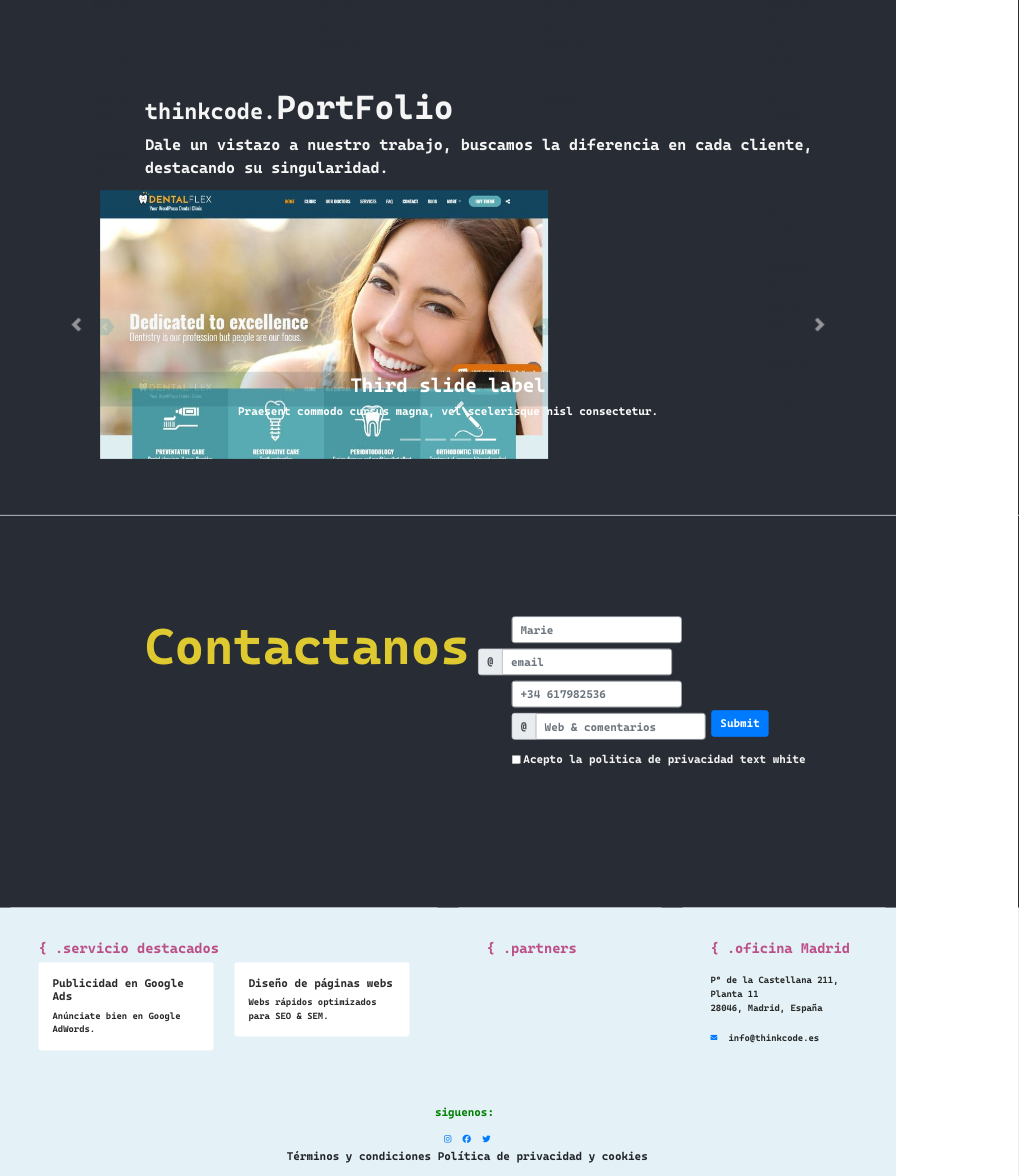
Repository: banchiec/thinkcode
Page: /
An editor plug-in stored every save of this project. The page is shown before and after the next save, followed by the edit.
The browser window is 1280 px wide. The page is 1455 px wide, so the pictures cover 1455 px, including what lies to the right of the window. The pictures show the part of the page from y = 2112 to 3792 px (the page is 3792 px tall before and 3752 px after), at 70% of full size.
Some web libraries are served in a nearby version. The project was rebuilt for these pictures with package versions that can differ from the ones it lists, and the page was loaded fresh each time. Also part of the build but not shown: src/components/MenuItems.js, src/components/Dropdownthink.css, src/components/Dropdownthink.js, src/components/pages/Consulting.js, src/components/pages/ContactUs.js, src/components/pages/Marketing.js, src/components/pages/Products.js, src/components/pages/Services.js and 1 more. Imported but missing from the stored project, and not drawn on this page: src/components/sliderInfo/SliderInfo.

Above is the page before, as saved 2020-11-30 22:00:35.

### public/index.html
<!DOCTYPE html>
<html lang="en">
  <head>
    <meta charset="utf-8" />
    <link rel="icon" href="%PUBLIC_URL%/favicon.ico" />
    <meta name="viewport" content="width=device-width, initial-scale=1" />
    <meta name="theme-color" content="#000000" />
    <meta
      name="description"
      content="Web site created using create-react-app"
    />
    <link rel="apple-touch-icon" href="%PUBLIC_URL%/logo192.png" />

    <!-- fontawesome -->
    <script src="https://kit.fontawesome.com/e7a02c1b14.js" crossorigin="anonymous"></script>
    <!-- jquery -->
    <script src="https://code.jquery.com/jquery-2-2.0.min.js"></script>
    <!--
      manifest.json provides metadata used when your web app is installed on a
      user's mobile device or desktop. See https://developers.google.com/web/fundamentals/web-app-manifest/
    -->
    <link rel="manifest" href="%PUBLIC_URL%/manifest.json" />
    <!--
      Notice the use of %PUBLIC_URL% in the tags above.
      It will be replaced with the URL of the `public` folder during the build.
      Only files inside the `public` folder can be referenced from the HTML.

      Unlike "/favicon.ico" or "favicon.ico", "%PUBLIC_URL%/favicon.ico" will
      work correctly both with client-side routing and a non-root public URL.
      Learn how to configure a non-root public URL by running `npm run build`.
    -->
    <title>React App</title>
  </head>
  <body>
    <noscript>You need to enable JavaScript to run this app.</noscript>
    <div id="root"></div>
    <!--
      This HTML file is a template.
      If you open it directly in the browser, you will see an empty page.

      You can add webfonts, meta tags, or analytics to this file.
      The build step will place the bundled scripts into the <body> tag.

      To begin the development, run `npm start` or `yarn start`.
      To create a production bundle, use `npm run build` or `yarn build`.
    -->


  </body>
</html>

### src/index.css
body {
  margin: 0;
  font-family: -apple-system, BlinkMacSystemFont, 'Segoe UI', 'Roboto', 'Oxygen',
    'Ubuntu', 'Cantarell', 'Fira Sans', 'Droid Sans', 'Helvetica Neue',
    sans-serif;
  -webkit-font-smoothing: antialiased;
  -moz-osx-font-smoothing: grayscale;
}

code {
  font-family: source-code-pro, Menlo, Monaco, Consolas, 'Courier New',
    monospace;
}
@font-face{
  font-family: 'CascadiaCode-Bold';
  src: local('CascadiaCode-Bold'), url(./fonts/CascadiaCode-Bold.ttf)
}

### src/App.js
import './App.css';
// import logo_thinkcode from './logo_thinkcode.png'
import React, {} from 'react'
import 'animate.css'
import Navbarthink from './components/Navbarthink'
import InfoSection from './components/infoSection/InfoSection'
import Pricing from './components/pricing/Pricing'
import Footer from './components/footer/Footer'
import Slide from './components/slide/Slide'
import FormContact from './components/forms/FormContact'
import {BrowserRouter as Router, Switch, Route} from 'react-router-dom'


// import Button  from 'react-bootstrap/Button'
// import 'bootstrap/dist/css/bootstrap.min.css'

// import {Navbar,Button, Nav , NavLink} from 'react-bootstrap'

import Consulting from './components/pages/Consulting'
import ContactUs from './components/pages/ContactUs'
import Home from './components/pages/Home'
import Marketing from './components/pages/Marketing'
import Products from './components/pages/Products'
import Services from './components/pages/Services'
import SignUp from './components/pages/SignUp'
// import InfoSection from './components/infoSection/InfoSection';

function App() {

  // const [click, setClick] = useState(false)
  // const [dropdown, setDropdown] = useState(false)




  return (
    <div className="App">
      <Router>
        <Navbarthink/>
        <Switch>
          <Route path='/consulting' exact component ={Consulting}></Route>
          <Route path='/contact-us' exact component ={ContactUs}></Route>
          <Route path='/' exact component ={Home}></Route>
          <Route path='/marketing' exact component ={Marketing}></Route>
          <Route path='/products' exact component ={Products}></Route>
          <Route path='/services' exact component ={Services}></Route>
          <Route path='/sign-up' exact component ={SignUp}></Route>
        </Switch>
        <InfoSection></InfoSection>
        <Pricing></Pricing>
        <Slide/>
        <FormContact></FormContact>
        <Footer/>
      </Router>

    </div>
  );
}

export default App;

### src/App.css
*{
  box-sizing: border-box;
  margin: 0;
  padding: 0;
  font-family: CascadiaCode-Bold;
  /* background: #282c34 ; */
  /* background: linear-gradient(90deg, rgb(76, 80, 88) 100%, rgb(8, 8, 9) 0%); */
}

.App {
  text-align: center;
  background: #282c34 ;
}

.App-logo {
  height: 40vmin;
  pointer-events: none;
}

.home, .services, .products,.contact-us,.sign-up, .marketing, .consulting{
  display: flex;
  height: 90vh;
  align-items: center;
  justify-content: center;
  font-size: 3rem;
}





@media (prefers-reduced-motion: no-preference) {
  .App-logo {
    animation: App-logo-spin infinite 20s linear;
  }
}

.App-header {
  background-color: #282c34;
  min-height: 100vh;
  display: flex;
  flex-direction: column;
  align-items: center;
  justify-content: center;
  font-size: calc(10px + 2vmin);
  color: white;
}

.App-link {
  color: #61dafb;
}

@keyframes App-logo-spin {
  from {
    transform: rotate(0deg);
  }
  to {
    transform: rotate(360deg);
  }
}

### src/components/Navbarthink.js
import React, { useState} from 'react'
import logo_thinkcode from '../images/logo_thinkcode.png'
// import logo_thinkcode from '../images/logo_thinkcode.png'
import { Buttonthink} from './Buttonthink'
import {Link} from 'react-router-dom'
import './Navbarthink.css'
import Dropdownthink from './Dropdownthink'

export default function Navbarthink(){
    const [click, setClick] = useState(false)
    const [dropdown, setDropdown] = useState(false)

    const handleClick = () => setClick(!click)
    const closeMobileMenu = () => setClick(false)

    const onMouseEnter = () =>{
        if(window.innerWidth < 960) {
        setDropdown(false)
        } else {
        setDropdown(true)
        }
    }
    const onMouseLeave = () =>{
        if(window.innerWidth < 960) {
        setDropdown(false)
        } else {
        setDropdown(false)
        }
    }

    return(
        <>
            <nav className="navbarthink">
                <Link to='/' className="navbar-logo">
                    {/* thinkcode */}
                    <img alt="" src={logo_thinkcode} width="300" height="40"></img>
                </Link>
                <div className='menu-icon' onClick={handleClick}>
                    <i className={click ? 'fas fa-times' : 'fas fa-bars'}
                    />
                </div>
                <ul className={ click ? 'nav-menu active' : 'nav-menu'}>

                    <li className='nav-item'>
                        <Link to='/' className='nav-links' onClick={closeMobileMenu}>
                            Home
                        </Link>
                    </li>
                    <li className='nav-item'
                        onMouseEnter={onMouseEnter}
                        onMouseLeave={onMouseLeave}
                        // onClick={handleClick}
                        >
                        <Link to='/services' className='nav-links' onClick={closeMobileMenu}>
                           Services
                           <i className='fas fa-caret-down' />
                        </Link>
                        {dropdown && <Dropdownthink/>}
                    </li>
                    <li className='nav-item'>
                        <Link to='/products' className='nav-links' onClick={closeMobileMenu}>
                            Products
                        </Link>
                    </li>
                    <li className='nav-item'>
                        <Link to='/contact-us' className='nav-links' onClick={closeMobileMenu}>
                           Contact Us
                        </Link>
                    </li>
                    <li className='nav-item'>
                        <Link to='/sign-up' className='nav-links-mobile' onClick={closeMobileMenu}>
                           Sign up
                        </Link>
                    </li>

                </ul>
                <Buttonthink />
            </nav>
        </>
    )

}

### src/components/footer/Footer.js
import React from 'react'
import './Footer.css'
import {Container, Row, Col, Card } from 'react-bootstrap'


// import  {Home} from '../pages/Home'

export default function Footer() {
    return (
        <div>
            <Container  fluid className="container-footer">
                <Row>
                    <Col md={6}>
                        <Card  className="card-footer" data-wow-delay="10"  >
                            <Card.Img className="image-pricing-footer" variant ="top" src=""></Card.Img>
                            <Card.Body>
                                <h5 className="title-card-footer ">&#123;  .servicio destacados</h5>
                                <Row>
                                    <Col>
                                        <Card className="card">
                                            <Card.Body>
                                                <h5 className="title-footer">
                                                    Publicidad en Google Ads
                                                </h5>
                                                Anúnciate bien en Google AdWords.
                                            </Card.Body>
                                        </Card>
                                    </Col>
                                    <Col>
                                        <Card>
                                            <Card.Body>
                                                <h5 className="title-footer">
                                                   Diseño de páginas webs
                                                </h5>
                                                Webs rápidos optimizados para SEO & SEM.
                                            </Card.Body>

                                        </Card>
                                    </Col>
                                </Row>

                                <p className="text-card-footer">
                                </p>

                            </Card.Body>
                        </Card>
                    </Col>
                    <Col md={3}>
                        <Card  className="card-footer" data-wow-delay="10"  >
                            <Card.Img className="image-pricing-footer" variant ="top" src=""></Card.Img>
                            <Card.Body>
                                <h5 className="title-card-footer">&#123; .partners </h5>
                                <p className="text-card-footer">
                                </p>
                            </Card.Body>
                        </Card>
                    </Col>
                    <Col md ={3}>
                        <Card  className="card-footer" data-wow-delay="10"  >
                            <Card.Img className="image-pricing-footer" variant ="top" src=""></Card.Img>
                            <Card.Body>
                                <h5 className="title-card-footer">&#123; .oficina Madrid</h5>
                                <p className="text-card-footer">
                                    Pº de la Castellana 211, Planta 11 <br/>
                                    28046, Madrid, España
                                </p>
                                <p className="text-card-footer">
                                    <a  href="https://www.google.es" className="pin-ic-enveloped">
                                        <i src="" class="fas fa-envelope fa-xs white-text fa-2x"> </i>
                                    </a>
                                        info@thinkcode.es
                                    <p>
                                    </p>
                                </p>
                            </Card.Body>
                        </Card>
                    </Col>
                </Row>
                <Row className="iconos-redes-sociales">
                    <Col>
                        <p className="text-siguenos">
                            siguenos:
                        </p>
                        <a  href="https://www.gogle.es" className="pin-ic">
                            <i src="" className="fab fa-instagram fa-xs white-text fa-2x"> </i>
                        </a>
                        <a href="https://www.google.es" className="pin-ic">
                            <i class="fab fa-facebook fa-xs white-text fa-2x"> </i>
                        </a>
                        <a href="https://www.google.es" className="pin-ic">
                            <i class="fab fa-twitter fa-xs white-text fa-2x"> </i>
                        </a>
                        <p>
                            Términos y condiciones  Política de privacidad y cookies
                        </p>
                    </Col>

                </Row>

            </Container>

        </div>
    )
}

### src/components/pages/Home.js
import React,{useEffect} from 'react'
import '../sliderInfo/SliderInfo'

export default function Home() {

    useEffect(()=>{
    })
    return (
        <div>
            {/* <InfoSection></InfoSection> */}
            {/* <Pricing></Pricing> */}
            {/* <Slide/> */}
            {/* <Footer/> */}

           {/* <h1 className='consulting' >Thinkcode</h1> */}
        </div>
    )
}

### src/components/Buttonthink.js
import React  from 'react'
import './Buttonthink.css'
import {Link} from 'react-router-dom'

export function Buttonthink() {
        return (
            <Link to ='sing-up'>
               <button className='btnthink'>Sign think </button>
            </Link>
        )
}

### src/components/Navbarthink.css
.navbarthink{
  /* background: linear-gradient(9deg, rgb(66, 80, 88) 0%, rgb(8, 8, 9) 100%); */
  background: #282c34;

  height: 80px;
  display: flex;
  justify-content: center;
  align-items: center;
  font-size: 1.2rem;
}

.navbar-logo {
  color: #fff;
  justify-self: start;
  margin-left: 40px;
  cursor: pointer;
  text-decoration: none;
}

.fa-firstdraft {
  margin-left: 0.5rem;
  font-size: 1.6rem;
}

.nav-menu {
  display: grid;
  grid-template-columns: repeat(5, auto);
  grid-gap: 10px;
  list-style: none;
  text-align: center;
  width: 70vw;
  justify-content: end;
  margin-right: 2rem;
}

.nav-item {
  display: flex;
  align-items: center;
  height: 80px;
}

.nav-links {
  color: white;
  text-decoration: none;
  padding: 0.5rem 1rem;
}

.nav-links:hover {
  background-color: #1888ff;
  border-radius: 4px;
  transition: all 0.2s ease-out;
}

.fa-bars {
  color: #fff;
}

.nav-links-mobile {
  display: none;
}

.menu-icon {
  display: none;
}

@media screen and (max-width: 960px) {
  /* .text-propuesta {
    margin-top: 12rem;
  } */

  .fa-caret-down {
    display: none;
  }
  .NavbarItems {
    position: relative;
  }

  .nav-menu {
    display: flex;
    flex-direction: column;
    width: 100%;
    height: 90vh;
    position: absolute;
    top: 80px;
    left: -100%;
    opacity: 1;
    transition: all 0.9s ease;
  }

  .nav-menu.active {
    background: #2a2c30;
    left: 0;
    opacity: 1;
    transition: all 0.5s ease;
    z-index: 1;
  }

  .nav-links {
    text-align: center;
    padding: 2rem;
    width: 100%;
    display: table;
  }

  .nav-links:hover {
    background-color: #1888ff;
    border-radius: 0;
  }

  .navbar-logo {
    position: absolute;
    top: 0;
    left: 0;
    transform: translate(25%, 50%);
  }

  .menu-icon {
    display: block;
    position: absolute;
    top: 0;
    right: 0;
    transform: translate(-100%, 60%);
    font-size: 1.8rem;
    cursor: pointer;
  }

  .fa-times {
    color: #fff;
    font-size: 2rem;
  }

  .nav-links-mobile {
    display: block;
    text-align: center;
    padding: 1.5rem;
    margin: 2rem auto;
    border-radius: 4px;
    width: 80%;
    background: #1888ff;
    text-decoration: none;
    color: #fff;
    font-size: 1.5rem;
  }

  .nav-links-mobile:hover {
    background: #fff;
    color: #1888ff;
    transition: 250ms;
  }

  button {
    display: none;
  }
}

### src/components/infoSection/infoSection.css
.content-infoSection {
    /* border-top: 1px solid whitesmoke; */
    /* padding: 0; */
    margin-top: 150px;
    background: #282c34 ;
    height: 700px;
    /* border: 1px solid rebeccapurple; */
}
.content-text-infoSection {
    margin-left: 12rem;
    margin-top: 8rem;
    text-align: start;
    /* border: 0; */
    /* padding: 0; */
    /* border: 1px solid whitesmoke; */
    color: whitesmoke;
}
.imagensvg-infoSection {
    padding: 0;
    /* border-right: 5px; */
    width: 800px;

}
.text-title-infoSection{
    font-size: 3rem;
    /* size: 12px; */
}
.text-infoSection {
    font-size: 22px;
}
@media screen and (max-width: 960px) {
    .content-infoSection {
        margin-top: 0px;
    }
    .text-infoSection{
        margin-top: 3rem;
        margin-left: 1rem;
        margin-right: 1rem;
    }
    .imagensvg-infoSection{
        margin-top: 5rem;
        width: 500px;
    }
    .content-text-infoSection {
        margin-left: 1rem;
    }
    .text-propuesta {
        margin-top: 15rem;
    }

}

### src/components/pricing/Pricing.css
.container-pricing {
    /* background-color: whitesmoke; */
    /* border: 1px solid white; */
    /* height:  800px; */
    background: linear-gradient(90deg, rgb(76, 80, 88) 100%, rgb(66, 66 66) 0%);
    /* z-index: -1; */
}
.container-card{
    padding-top: 4rem;
    align-content: center;
    padding: auto;
    text-align: start;
    /* height: 600px; */
    /* background-color: violet; */
    /* color: transparent; */
}
.card-pricing {
    /* width: 34rem; */
    margin-left: 5rem;
    background: #deca30;
    /* background: #3b4454; */
    /* background: linear-gradient(90deg, rgb(224, 242, 241) 0%, rgb(255, 255, 255) 100%); */
    margin-right: 3rem;
    height: 52rem;
}
.card-left {
    margin-top: 4rem;
}
.card-right {
    margin-top: 4rem;
}
.card-button {
    /* margin-top: 3rem; */
    /* margin-left: 13rem; */
    position: absolute;
    right: 13px;
    bottom: 18px;
    color: whitesmoke;
}
.text-card {
    padding-top: 1.5rem;
    padding-left: 1rem;
    padding-right: 2.5rem;
    color: #282c34;
    font-size: 18px;
}
.image-pricing {
    height: 15rem;
    width: 80%;
    align-self: center;
}
.title-card {
    /* padding-top: 0.2rem; */
    padding-left: 1rem;
    color: #282c34;
    font-size: 28px;
}
.text-propuesta {
    margin: 0 0.5rem;
    animation: bounce;
    animation-duration: 2s;
    color: whitesmoke;
    font-size: 3rem;
}

@media screen and (max-width: 960px){
    .text-propuesta{
        margin-top: 12rem;
    }
}

### src/components/footer/Footer.css
.container-footer {
    border: 0;
    /* padding: 0; */
    /* border: 1px solid green; */
    height: auto;
    background: #e4f1f7;
}
.card{
    /* padding-bottom: 22px; */
    border: 0;
    /* background: white; */
    text-align: left;
    font-size: small;
    width: auto;
    /* background: #deca30; */
}
.card-footer {
    padding-top: 10px;
    padding-bottom: 22px;
    border: 0;
    color: #282a28;
    background: #e4f1f7;
}
.text-card-footer  {
    padding: 0;
    margin-top: 1.5rem;
    font-size: small;
    text-align: start;
}
.title-footer{
    text-align: left;
    font-size: medium;
}
.title-card-footer {
    margin-top: 1rem;
    text-align: left;
    color: #bc4f88;
}
.pin-ic{
    margin-top: 12px;
    margin: 8px;
    position:center;
}

.pin-ic-enveloped{
    margin-top: 12px;
    /* margin: 8px; */
    margin-right: 1rem;
    position:center;
}
.iconos-redes-sociales{
    position: relative;
    margin-left: 2.5rem;
}
.text-siguenos{
    margin-top: 10px;
    margin-right: 8px;
    color: green;

}

### src/components/slide/Slide.css
.container-slider {
    margin-top: 10rem;
    border-top: 5rem;
    margin-bottom: 5rem;
}
.d-block {
    margin-left: 8rem;
    width: 40rem;
    height: 24rem;
    /* border:1px solid green; */
}

.container-secundary-slider .d-block {
    width: 20rem;
    height: 12rem;
    margin-left: 2rem;


}
.carousel-large {
    width: 100%;
}
@media screen and (max-width: 960px) {
    .d-block {
        margin-left: auto;
    }

}

### src/components/forms/FormContact.css
.container-formContact {

    border-top: 1px solid whitesmoke;
    /* background:  ; */

}
.container-form {
    /* border:1px solid green; */
    /* margin: 5rem; */
    margin-top: 5rem;
    margin-bottom: 8rem;
    padding: 4rem;

    /* margin-left: 10rem; */
}
.text-contactanos {
    /* border: 1px solid green; */
    padding: 4rem;
    /* margin-right: 10rem ; */
    margin-left: 8rem;
    margin-top: 5rem;
    font-size: 4rem;
    color: #deca30;


}
.form-inline {
    margin-left: 12rem;
}
.form-inline-check {
    /* border: 1px solid green; */
    margin-top: .5rem;
    margin-left: 3rem;


}
.check-conditions {
    padding: 0;
    color: whitesmoke;

}

### src/components/Buttonthink.css
:root{
    --primary: #1888ff;
}
.btnthink{
    padding: 8px 20px;
    border-radius: 4px;
    outline: none;
    border: none;
    font-size: 18px;
    color: #fff;
    cursor: pointer;
    background-color: var(--primary);
}
.btnthink:hover {
    padding: 6px 18px;
    transition: all 1.5s ease-out;
    background-color: transparent;
    color: #2a2a2a;
    border-radius: 4px;
    border: 2px solid var(--primary)
}

Loaded but not shown: src/index.js (common file); src/components/pricing/Pricing.js (84 lines, source omitted); src/components/slide/Slide.js (84 lines, source omitted); src/components/forms/FormContact.js (72 lines, source omitted); src/components/infoSection/InfoSection.js (64 lines, source omitted)

After the next save:
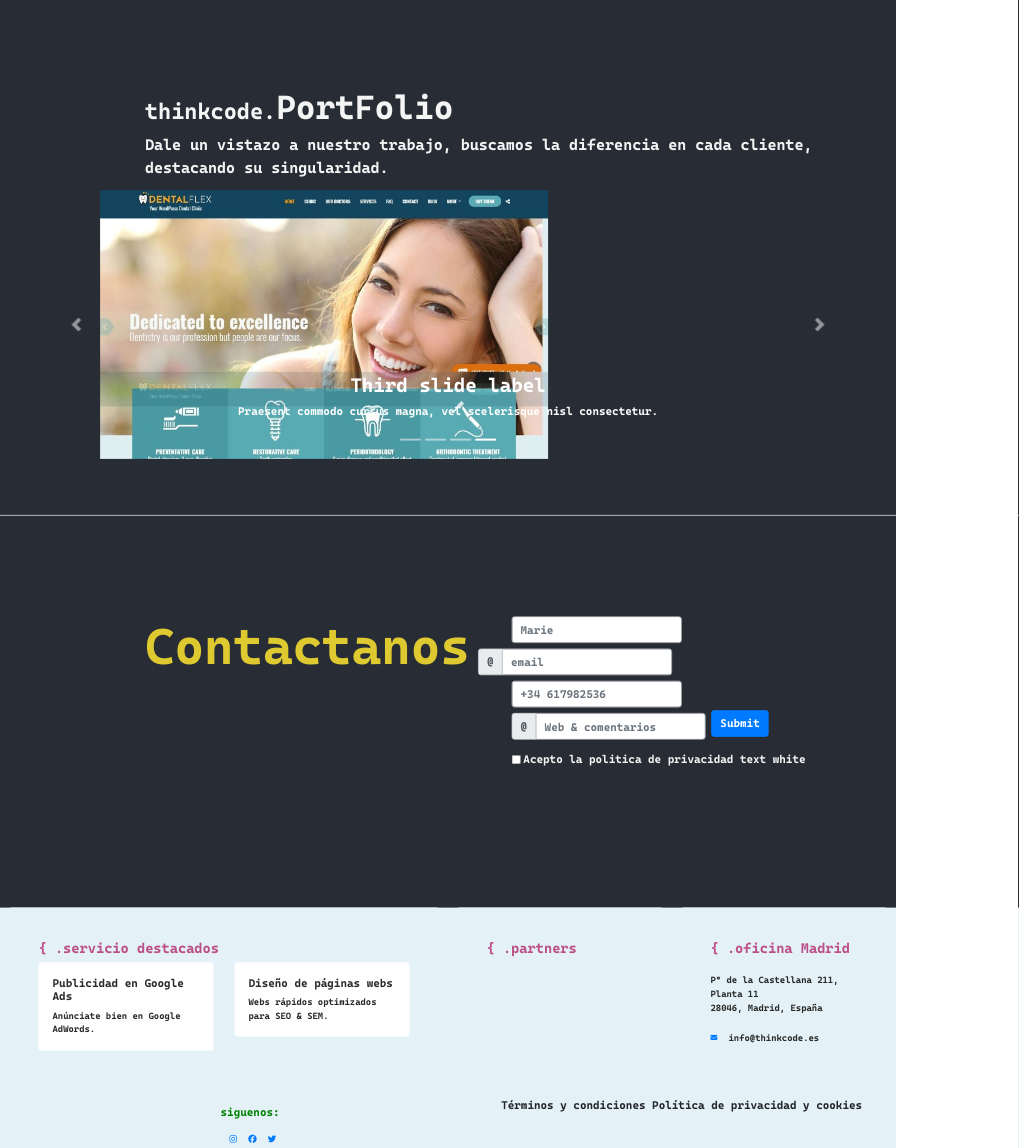
Saved 17 s later.
--- a/src/components/footer/Footer.js
+++ b/src/components/footer/Footer.js
@@ -90,6 +90,8 @@ export default function Footer() {
                         <a href="https://www.google.es" className="pin-ic">
                             <i class="fab fa-twitter fa-xs white-text fa-2x"> </i>
                         </a>
+                    </Col>
+                    <Col>
                         <p>
                             Términos y condiciones  Política de privacidad y cookies
                         </p>
